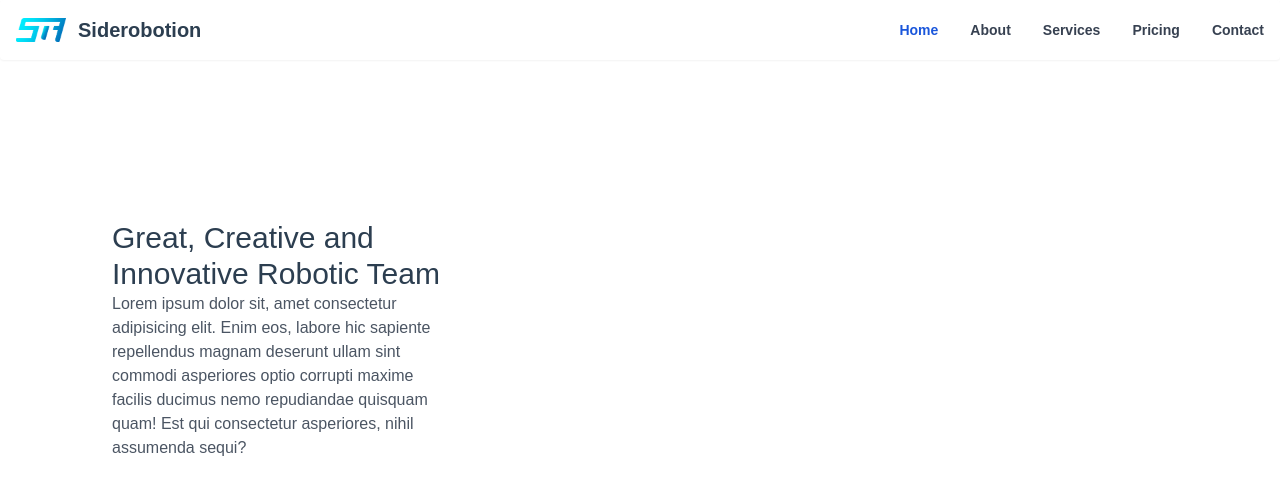
Repository: khulqu15/siderobotion
Page: /
These files come from the project's save history. The page is drawn as it stood at one moment and after the next save; the edit follows.
The browser window is 1280 px wide. The pictures show the whole page.
The project was rebuilt for these pictures with package versions that can differ from the ones it lists, and the page was loaded fresh each time. Also part of the build but not shown: vue.config.js.

Above is the page before, as saved 2022-06-12 02:11:42.

### src/main.js
import { createApp } from 'vue'
import App from './App.vue'
import './registerServiceWorker'
import router from './router'
import store from './store'
import 'flowbite'
import './index.css'

createApp(App)
  .use(store)
  .use(router)
  .mount('#app')

### src/index.css
@tailwind base;
@tailwind components;
@tailwind utilities;
@import url('https://fonts.googleapis.com/css2?family=Poppins:ital,wght@0,100;0,200;0,300;0,400;0,500;0,600;0,700;0,800;0,900;1,100;1,200;1,300;1,400;1,500;1,600;1,700;1,800;1,900&display=swap');

* {
  font-family: 'Poppins', sans-serif !important;
}

### src/views/HomeView.vue
<template>

  <web-layout>
    <div class="px-28 py-12 grid grid-cols-3 gap-4">
      <div class="py-28 text-start">
        <h1 class="text-3xl">Great, Creative and Innovative Robotic Team </h1>
        <p class="text-gray-600">Lorem ipsum dolor sit, amet consectetur adipisicing elit. Enim eos, labore hic sapiente repellendus magnam deserunt ullam sint commodi asperiores optio corrupti maxime facilis ducimus nemo repudiandae quisquam quam! Est qui consectetur asperiores, nihil assumenda sequi?</p>
      </div>
    </div>
  </web-layout>

</template>

<script>
import WebLayout from '@/layouts/WebLayout.vue'
export default {
  name: 'HomeView',
  components: {
    WebLayout
  }
}
</script>

### src/layouts/WebLayout.vue
<template>
  <div id="app-web">
    <div id="nav">
      <navigation-header/>
    </div>
    <div id="body-content">
      <slot id="content"></slot>
    </div>
  </div>
</template>

<script>
import NavigationHeader from '@/components/NavigationHeader.vue'
export default {
  components: {
    NavigationHeader
  }
}
</script>

### src/components/NavigationHeader.vue
<template>
  <div>
    <nav class="bg-white border-gray-200 px-2 sm:px-4 py-4 shadow-sm rounded dark:bg-gray-800">
      <div class="container flex flex-wrap justify-between items-center mx-auto">
        <a href="/" class="flex items-center">
          <img :src="require('@/assets/logo.webp')" class="mr-3 h-4 sm:h-6" alt="Siderobotion Logo">
          <span class="self-center text-xl font-semibold whitespace-nowrap dark:text-white">Siderobotion</span>
        </a>
        <button data-collapse-toggle="mobile-menu" type="button" class="inline-flex items-center p-2 ml-3 text-sm text-gray-500 rounded-lg md:hidden hover:bg-gray-100 focus:outline-none focus:ring-2 focus:ring-gray-200 dark:text-gray-400 dark:hover:bg-gray-700 dark:focus:ring-gray-600" aria-controls="mobile-menu" aria-expanded="false">
          <span class="sr-only">Open main menu</span>
          <svg class="w-6 h-6" fill="currentColor" viewBox="0 0 20 20" xmlns="http://www.w3.org/2000/svg"><path fill-rule="evenodd" d="M3 5a1 1 0 011-1h12a1 1 0 110 2H4a1 1 0 01-1-1zM3 10a1 1 0 011-1h12a1 1 0 110 2H4a1 1 0 01-1-1zM3 15a1 1 0 011-1h12a1 1 0 110 2H4a1 1 0 01-1-1z" clip-rule="evenodd"></path></svg>
          <svg class="hidden w-6 h-6" fill="currentColor" viewBox="0 0 20 20" xmlns="http://www.w3.org/2000/svg"><path fill-rule="evenodd" d="M4.293 4.293a1 1 0 011.414 0L10 8.586l4.293-4.293a1 1 0 111.414 1.414L11.414 10l4.293 4.293a1 1 0 01-1.414 1.414L10 11.414l-4.293 4.293a1 1 0 01-1.414-1.414L8.586 10 4.293 5.707a1 1 0 010-1.414z" clip-rule="evenodd"></path></svg>
        </button>
        <div class="hidden w-full md:block md:w-auto" id="mobile-menu">
          <ul class="flex flex-col mt-4 md:flex-row md:space-x-8 md:mt-0 md:text-sm md:font-medium">
            <li>
              <a href="#" class="block py-2 pr-4 pl-3 text-white bg-blue-700 rounded md:bg-transparent md:text-blue-700 md:p-0 dark:text-white" aria-current="page">Home</a>
            </li>
            <li>
              <a href="#" class="block py-2 pr-4 pl-3 text-gray-700 border-b border-gray-100 hover:bg-gray-50 md:hover:bg-transparent md:border-0 md:hover:text-blue-700 md:p-0 dark:text-gray-400 md:dark:hover:text-white dark:hover:bg-gray-700 dark:hover:text-white md:dark:hover:bg-transparent dark:border-gray-700">About</a>
            </li>
            <li>
              <a href="#" class="block py-2 pr-4 pl-3 text-gray-700 border-b border-gray-100 hover:bg-gray-50 md:hover:bg-transparent md:border-0 md:hover:text-blue-700 md:p-0 dark:text-gray-400 md:dark:hover:text-white dark:hover:bg-gray-700 dark:hover:text-white md:dark:hover:bg-transparent dark:border-gray-700">Services</a>
            </li>
            <li>
              <a href="#" class="block py-2 pr-4 pl-3 text-gray-700 border-b border-gray-100 hover:bg-gray-50 md:hover:bg-transparent md:border-0 md:hover:text-blue-700 md:p-0 dark:text-gray-400 md:dark:hover:text-white dark:hover:bg-gray-700 dark:hover:text-white md:dark:hover:bg-transparent dark:border-gray-700">Pricing</a>
            </li>
            <li>
              <a href="#" class="block py-2 pr-4 pl-3 text-gray-700 hover:bg-gray-50 md:hover:bg-transparent md:border-0 md:hover:text-blue-700 md:p-0 dark:text-gray-400 md:dark:hover:text-white dark:hover:bg-gray-700 dark:hover:text-white md:dark:hover:bg-transparent">Contact</a>
            </li>
          </ul>
        </div>
      </div>
    </nav>

  </div>
</template>

### tailwind.config.js
module.exports = {

  content: [
    "./index.html",
    "./src/**/*.{vue,js,ts,jsx,tsx}",
    "./node_modules/flowbite/**/*.js",
  ],
  theme: {
    extend: {},
  },
  plugins: [
    require('flowbite/plugin')
  ]

}

Loaded but not shown: public/index.html (common file); src/App.vue (common file); src/registerServiceWorker.js (common file); src/router/index.js (common file); src/store/index.js (common file)

After the next save:
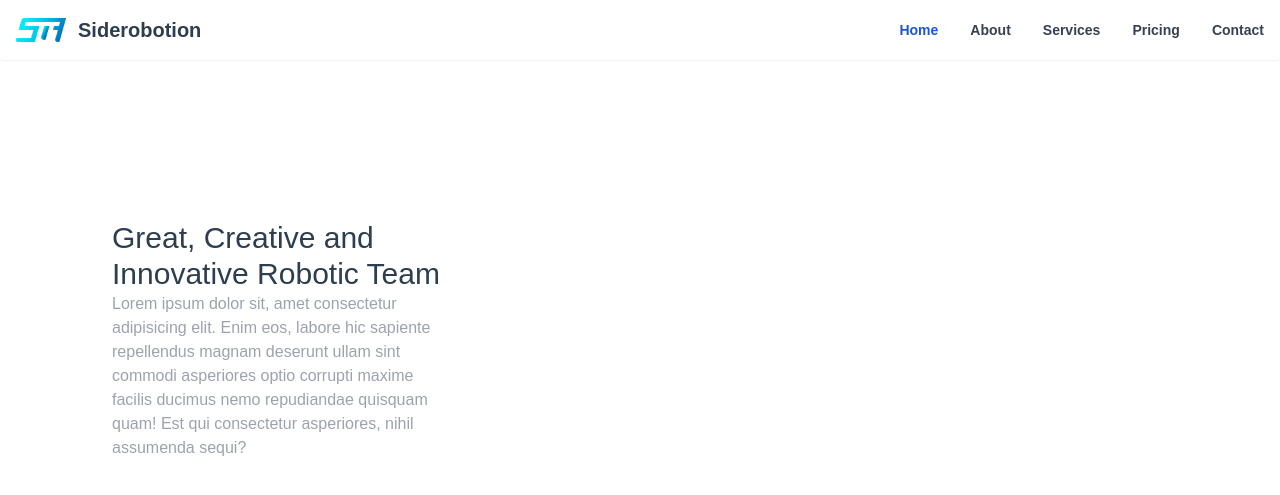
Saved 5 s later.
--- a/src/views/HomeView.vue
+++ b/src/views/HomeView.vue
@@ -4,7 +4,7 @@
     <div class="px-28 py-12 grid grid-cols-3 gap-4">
       <div class="py-28 text-start">
         <h1 class="text-3xl">Great, Creative and Innovative Robotic Team </h1>
-        <p class="text-gray-600">Lorem ipsum dolor sit, amet consectetur adipisicing elit. Enim eos, labore hic sapiente repellendus magnam deserunt ullam sint commodi asperiores optio corrupti maxime facilis ducimus nemo repudiandae quisquam quam! Est qui consectetur asperiores, nihil assumenda sequi?</p>
+        <p class="text-gray-400">Lorem ipsum dolor sit, amet consectetur adipisicing elit. Enim eos, labore hic sapiente repellendus magnam deserunt ullam sint commodi asperiores optio corrupti maxime facilis ducimus nemo repudiandae quisquam quam! Est qui consectetur asperiores, nihil assumenda sequi?</p>
       </div>
     </div>
   </web-layout>
